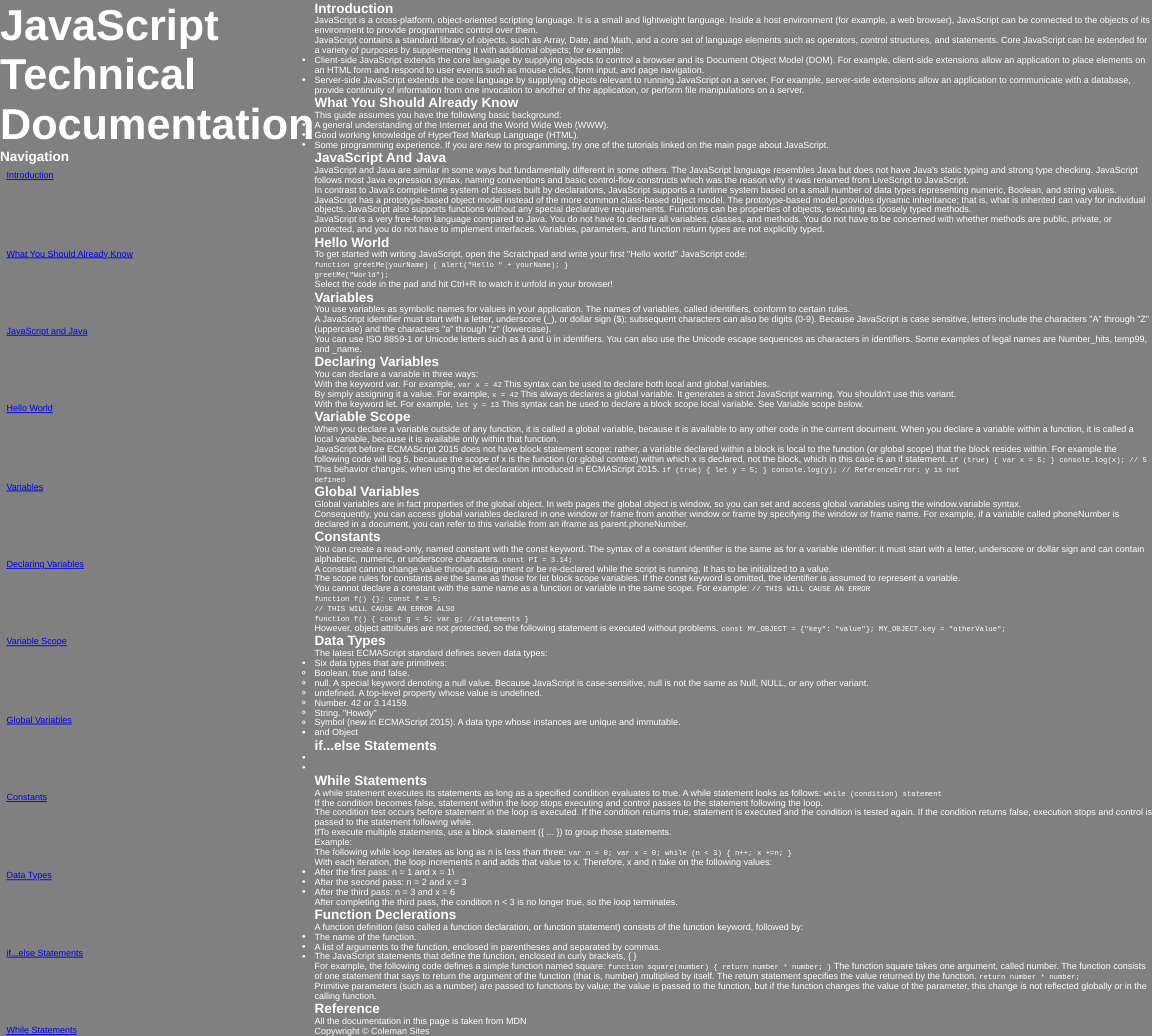
Repository: ctcoleman/technicalDocumentationPage
Page: index.html
The author's editor kept a copy of each file at every save. The page is drawn from the files as they stood at one save, then again after the next save.
The browser window is 1280 px wide. The pictures show the whole page, at 90% of full size.

Above is the page before, as saved 2020-07-10 19:46:20.

After the next save:
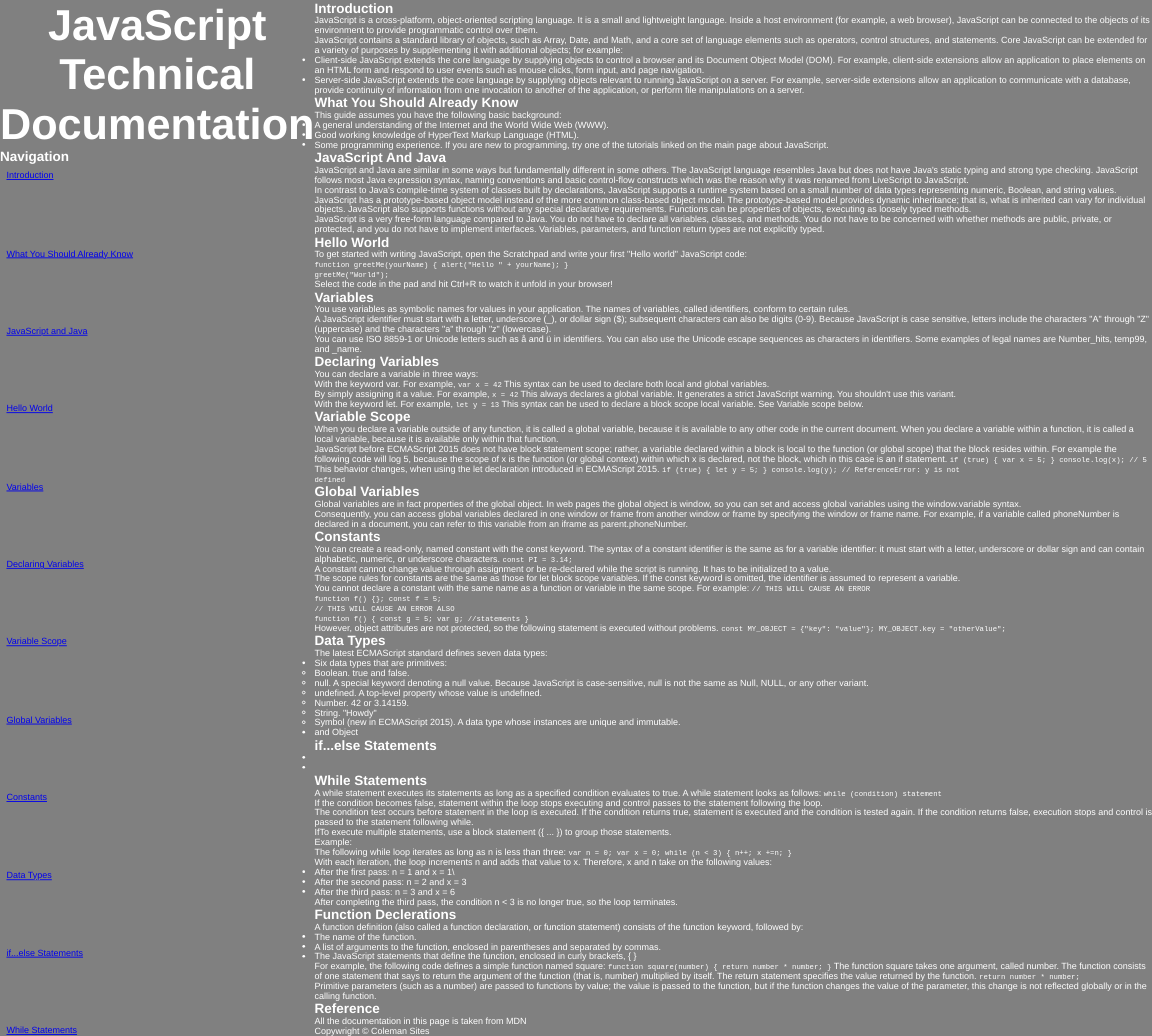
Saved 16 s later.
--- a/assets/stylesheets/style.css
+++ b/assets/stylesheets/style.css
@@ -30,6 +30,10 @@
 }
 /** Heading Stying **/
 
+#main-heading {
+  text-align: center;
+}
+
 #main-heading h1 {
   font-size: 3rem;
 }

After the 3 saves that followed:
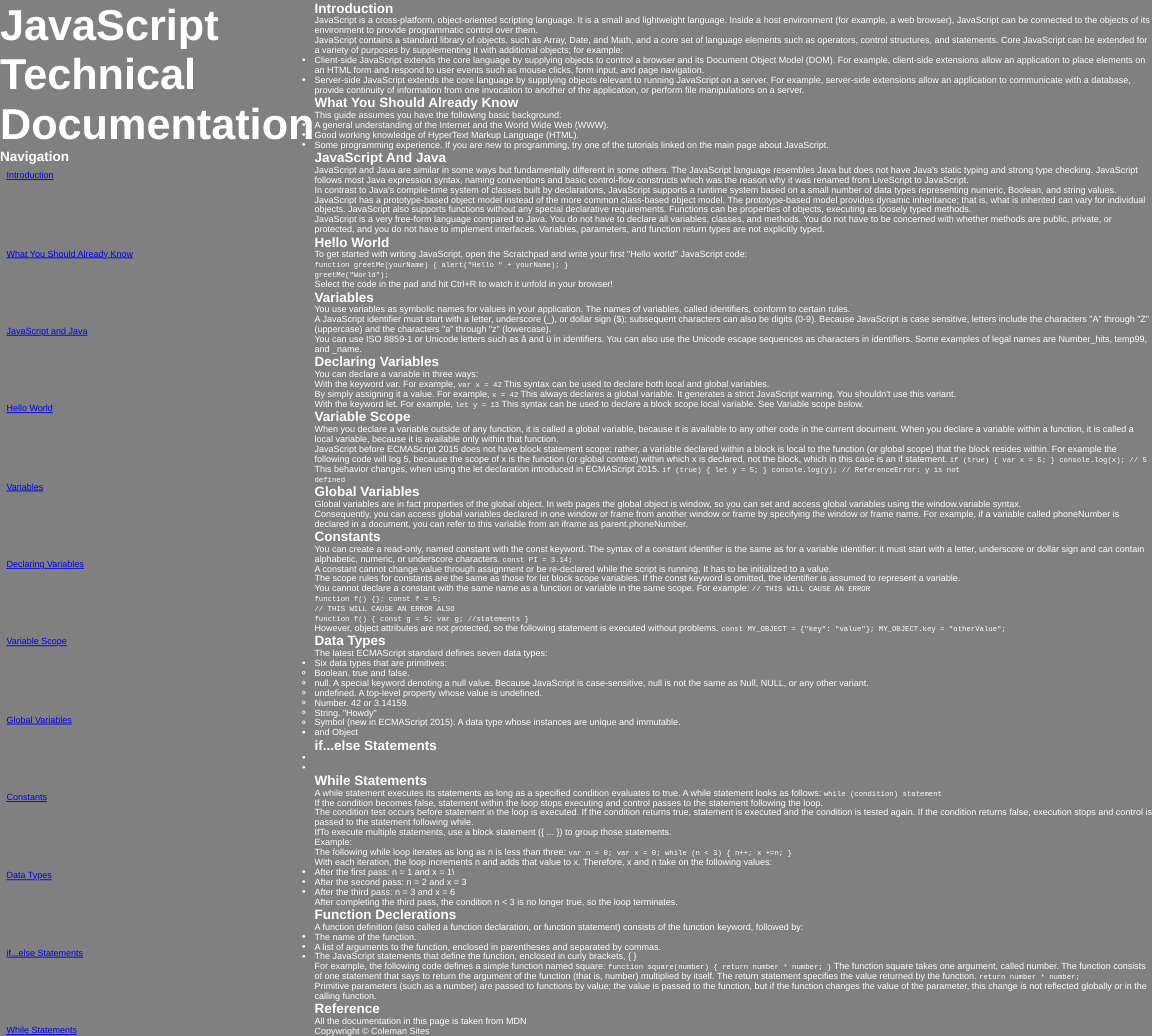
The 3 saves are shown as one change because they came seconds apart.
The last was saved 14 s later.
--- a/assets/stylesheets/style.css
+++ b/assets/stylesheets/style.css
@@ -31,7 +31,7 @@
 /** Heading Stying **/
 
 #main-heading {
-  text-align: center;
+  align-content: center;
 }
 
 #main-heading h1 {
